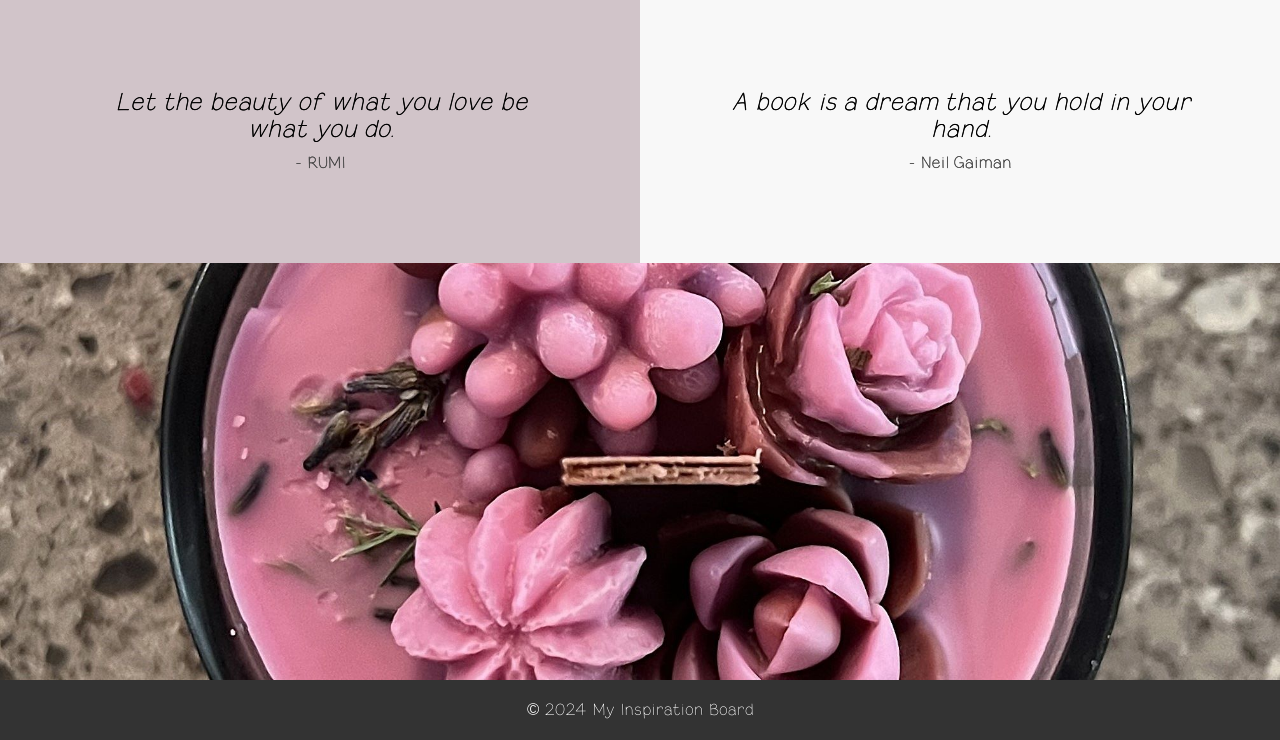
Repository: Brittany-Westlund/MART341-WebDesign
Page: WebDesignHomework/Assignment12/gallery.html
These files come from the project's save history. The page is drawn as it stood at one moment and after the next save; the edit follows.
The browser window is 1280 px wide. The pictures show the part of the page from y = 335 to 1075 px (the page is 1075 px tall before and 978 px after).
Some web fonts or font styles are not loaded; a fallback is used.

Above is the page before, as saved 2024-11-15 19:53:34.

After the next save:
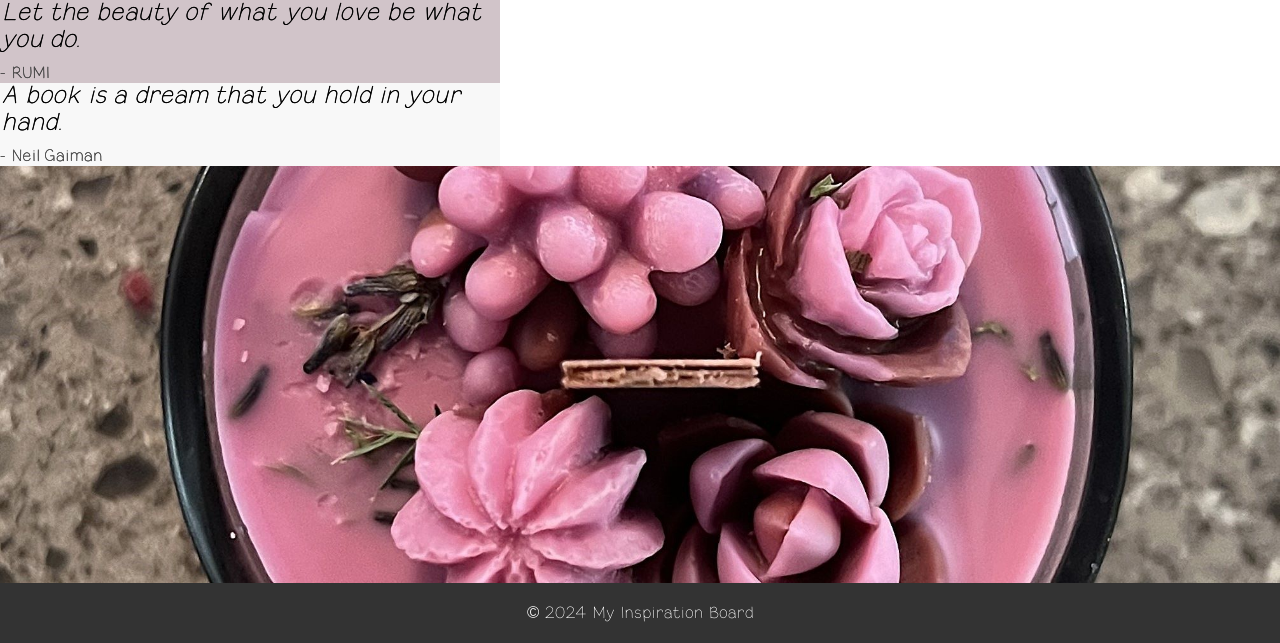
Saved 8 s later.
--- a/WebDesignHomework/Assignment12/gallery.html
+++ b/WebDesignHomework/Assignment12/gallery.html
@@ -28,7 +28,7 @@
 </div>
 
 <!-- Two-column block section -->
-    <div class="two-column-block">
+    <div class="two-column-gallery">
         <div class="left-section">
             <blockquote>Let the beauty of what you love be what you do.</blockquote>
             <p id="quote-author">- RUMI</p>
